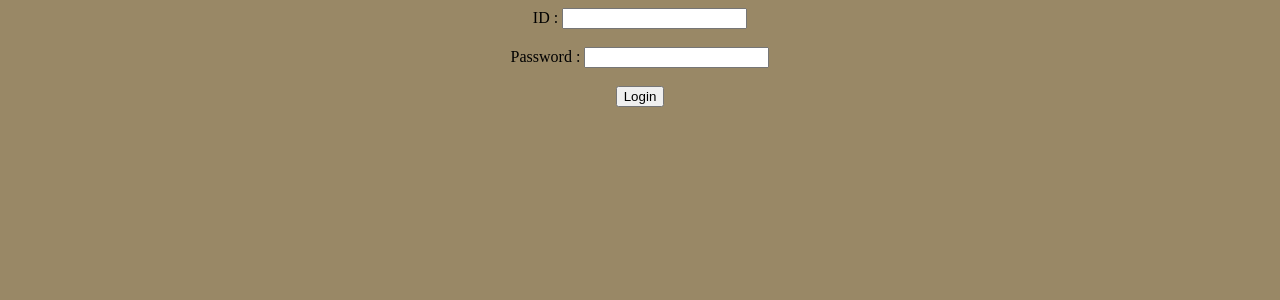
Repository: venkatasanthoshpamuru/Advance_Java_Projects
Page: First_JSP/src/main/webapp/Form.html
These files come from the project's save history. The page is drawn as it stood at one moment and after the next save; the edit follows.
The browser window is 1280 px wide. The pictures show the whole page.

Above is the page before, as saved 2024-03-09 07:41:25.

### First_JSP/src/main/webapp/Form.html
<!DOCTYPE html>
<html>
  <head>
    <title>First JSP</title>
  </head>
  <body bgcolor="#986" style="text-align: center;">
    <form method="post" action="./LoginServlet">
     <label>    ID : </label>
     <input type="text" name="userid" id="userid" required/><br><br>
     <label>Password : </label>
     <input type="password" name="password" id="password" required/><br><br>
     <button type="submit">Login</button>
    </form>
  </body>
</html>

After the next save:
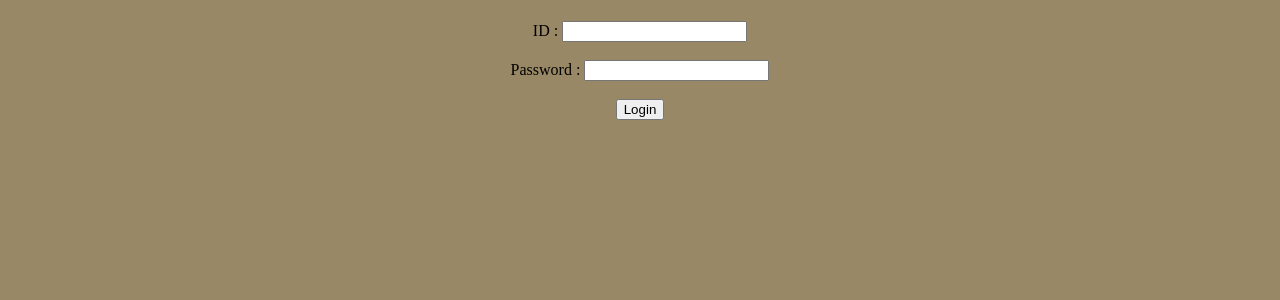
Saved 34 s later.
--- a/First_JSP/src/main/webapp/Form.html
+++ b/First_JSP/src/main/webapp/Form.html
@@ -5,7 +5,7 @@
   </head>
   <body bgcolor="#986" style="text-align: center;">
     <form method="post" action="./LoginServlet">
-     <label>    ID : </label>
+     <label><h1>  </h1> ID : </label>
      <input type="text" name="userid" id="userid" required/><br><br>
      <label>Password : </label>
      <input type="password" name="password" id="password" required/><br><br>

After the save that followed:
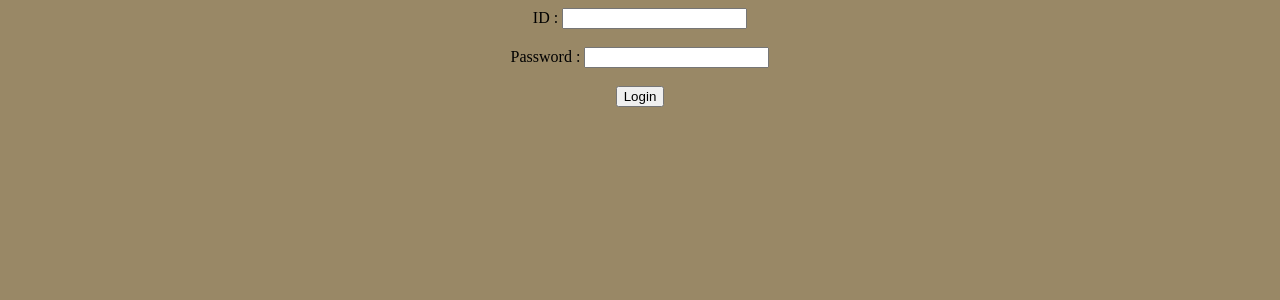
Saved 10 s later.
--- a/First_JSP/src/main/webapp/Form.html
+++ b/First_JSP/src/main/webapp/Form.html
@@ -5,7 +5,7 @@
   </head>
   <body bgcolor="#986" style="text-align: center;">
     <form method="post" action="./LoginServlet">
-     <label><h1>  </h1> ID : </label>
+     <label>ID : </label>
      <input type="text" name="userid" id="userid" required/><br><br>
      <label>Password : </label>
      <input type="password" name="password" id="password" required/><br><br>
